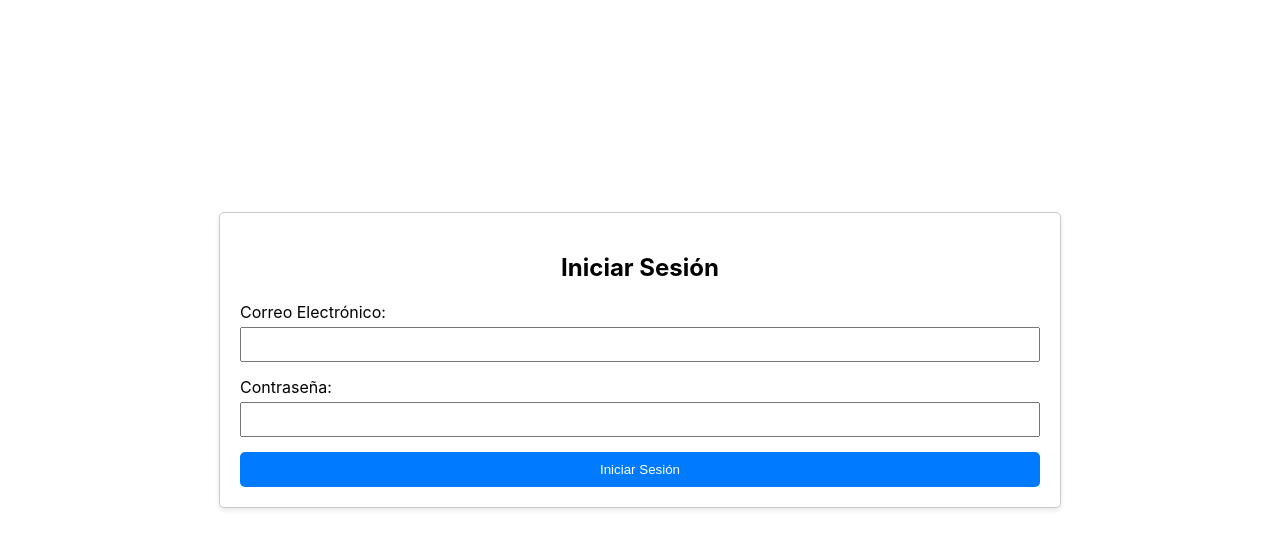
Repository: anuskazw/badminton
Page: /
The author's editor kept a copy of each file at every save. The page is drawn from the files as they stood at one save, then again after the next save.
The browser window is 1280 px wide. The pictures show the whole page.
The project was rebuilt for these pictures with package versions that can differ from the ones it lists, and the page was loaded fresh each time.

Above is the page before, as saved 2024-11-24 22:24:37.

After the next save:
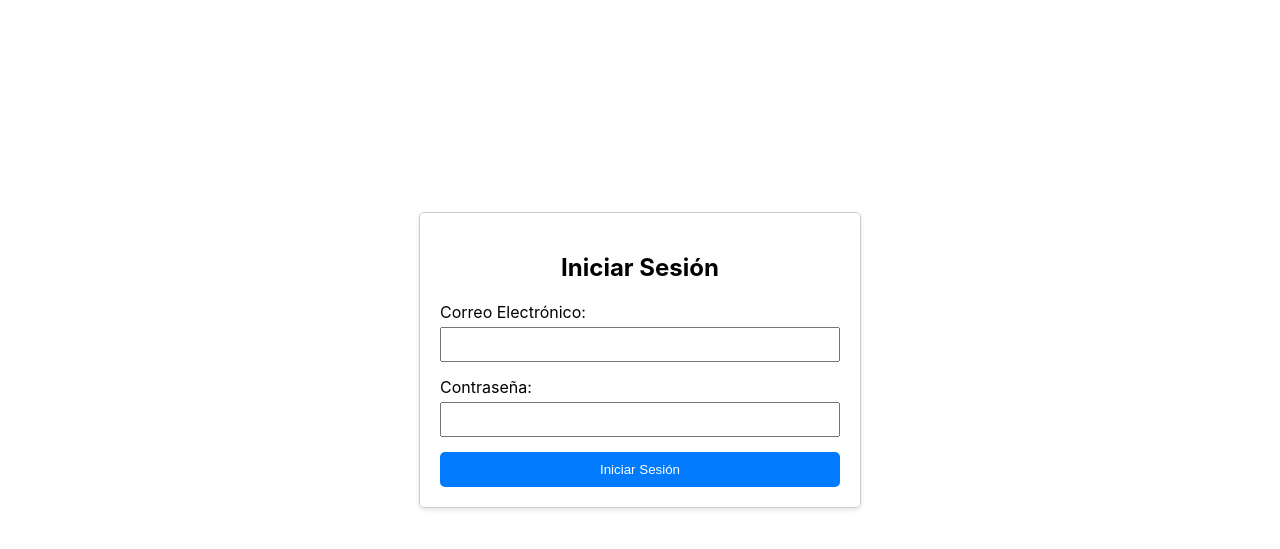
Saved 4 s later.
--- a/src/components/Login.css
+++ b/src/components/Login.css
@@ -1,6 +1,6 @@
 /* src/components/Login.css */
 .login-container {
-    min-width: 800px;
+    min-width: 400px;
     margin: 0 auto;
     padding: 20px;
     border: 1px solid #ccc;
